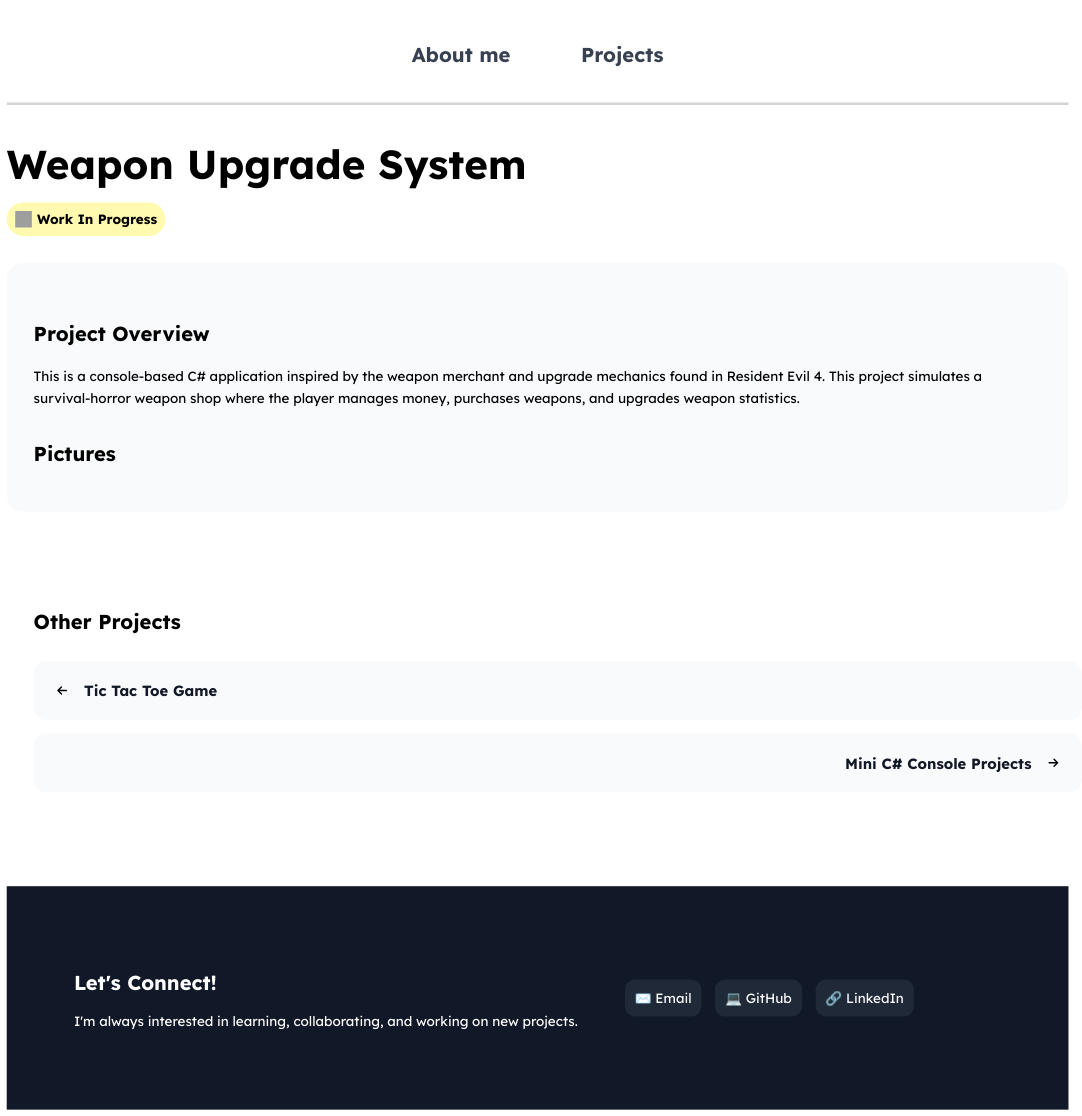
Repository: perrybalaba/perrybalaba
Page: pages/weapon-upgrade.html
The author's editor kept a copy of each file at every save. The page is drawn from the files as they stood at one save, then again after the next save.
The browser window is 1280 px wide. The page is 1288 px wide, so the pictures cover 1288 px, including what lies to the right of the window. The pictures show the whole page, at 84% of full size.
Pictures or frames that could not be fetched are drawn as grey boxes.

Above is the page before, as saved 2026-05-14 18:40:52.

### pages/weapon-upgrade.html
<!DOCTYPE html>
<html lang="en">
<head>
    <meta charset="UTF-8">
    <meta name="viewport" content="width=device-width, initial-scale=1.0">
    <title> Perry's Portfolio </title>
    <link rel="stylesheet" href="../styles/projects.css"/>
    <link rel="stylesheet" href="../styles/globals.css"/>
</head>
<body>
    <main>
        <!-- NAVIGATION BAR -->
        <nav class="Nav-Bar">
            <ul>
                <li><a href="../index.html"> About me </a></li>
                <li><a href="../pages/weapon-upgrade.html"> Projects </a></li>
            </ul>
        </nav>
        <!-- INFO -->
        <div class="Project-Info">
            <div class="Project-Info-Container">
                <h2> Weapon Upgrade System </h2>
                <div class="Project-Stats">
                    <span class="Work-In-Progress">
                        <img src="../assets/images/clock-svgrepo-com.svg" alt="in progress"/>
                        Work In Progress
                    </span>
                </div>
                <div class="Project-Info-Card">
                    <h3> Project Overview </h3>
                        <p>
                            This is a console-based C# application inspired by the weapon merchant and upgrade mechanics
                            found in Resident Evil 4. This project simulates a survival-horror weapon shop where the player
                            manages money, purchases weapons, and upgrades weapon statistics.
                        </p>
                    <h3> Pictures </h3>
                </div>
            </div>

        </div>

        <!-- MORE PROJECTS -->
        <div class="Other-Projects">
            <h2> Other Projects </h2>
            <div class="Other-Projects-Container">
                <div class="Other-Projects-Card Left-Card">
                    <a href="./tic-tac-toe.html">
                    <img src="../assets/images/arrow-sm-left-svgrepo-com.svg">
                    Tic Tac Toe Game
                    </a>
                </div>

                <div class="Other-Projects-Card Right-Card">
                    <a href="./console-projects.html">
                        Mini C# Console Projects
                        <img src="../assets/images/arrow-sm-right-svgrepo-com.svg">
                    </a>
                </div>
            </div>
        </div>


        <!-- CONTACT -->
        <div class="Contact">
            <div class="Contact-Container">
                <div class="Contact-Text">
                    <h2> Let's Connect! </h2>
                    <p>
                        I'm always interested in learning, collaborating, and working on new projects.
                    </p>
                </div>

                <div class="Contact-Links">
                    <a href="mailto:balabaperry@gmail.com"> ✉️ Email</a>
                    <a href="https://github.com/perrybalaba"> 💻 GitHub </a>
                    <a href="https://www.linkedin.com/in/ann-karen-balaba-46b839387/"> 🔗 LinkedIn</a>
                </div>
            </div>
        </div>

    </main>
</body>
</html>

### styles/projects.css
/* NAVIGATION BAR */
.Nav-Bar {
    padding: 1rem;
    border-bottom: 3px solid lightgray;
}

nav ul {
    list-style: none;
    display: flex;
    justify-content: center;
    flex-wrap: wrap;
    gap: 2rem;
    padding: 0;
}

nav ul li a {
    display: block;
    text-align: center;
    padding: .75rem 1rem;
    text-decoration: none;
    color: #374151;
    font-weight: bold;
    padding: 10px;
    border-radius: 10px;
    font-size: 1rem;
    transition: 0.2s;
}

nav ul li a:hover {
    transform: scale(1.08);
    background-color: #f3f4f6;
    color: black;
}

/* PROJECT */
.Other-Projects {
    max-width: 1100px;
    margin: 0;
    padding: 2rem;
}

.Project-Info-Container h2 {
    font-size: 3rem;
    margin-bottom: 1rem;
}

.Project-Stats {
    display: flex;
    gap: 1rem;
    flex-wrap: wrap;
    margin-bottom: 2rem;
}

.Work-In-Progress {
    display: flex;
    align-items: center;
    gap: 6px;
    background-color: #fffaaf;
    padding: 10px;
    border-radius: 1000px;
    font-weight: bold;
}

.Work-In-Progress img {
    width: 20px;
    height: 20px;
}

.Project-Info-Card {
    background-color: #f9fafb;
    padding: 2rem;
    border-radius: 20px;
    line-height: 1.7;
}

.Project-Info-Card h3 {
    font-size: 1.5rem;
    margin-bottom: 1rem;
    margin-top: 2rem;
}

/* OTHER PROJECTS */
.Other-Projects {
    margin-top: 4rem;
    max-width: 1200px;
    padding: 2rem;
}

.Other-Projects-Container {
    display: flex;
    flex-direction: column;
    gap: 1rem;
    margin-top: 2rem;
}

.Other-Projects h2 {
    margin-bottom: 2rem;
}

.Other-Projects-Card {
    background-color: #f9fafb;
    padding: 1.5rem;
    border-radius: 15px;
    width: 100%;
    transition: 0.2s ease;
}

.Other-Projects-Card:hover {
    transform: translateY(-5px);
    background-color: #f3f4f6;
}

.Other-Projects-Card a {
    text-decoration: none;
    color: #111827;
    font-weight: bold;
    font-size: 1.1rem;
    display:flex;
    align-items: center;
    gap: 1rem;
}

.Other-Projects-Card img {
    width: 20px;
    height: 20px;
    transition: transform 0.2s ease;
}

.Left-Card:hover img {
    transform: translateX(-5px);
}

.Left-Card a {
    justify-content: flex-start;
}

.Right-Card a {
    justify-content: flex-end;
}

.Right-Card:hover img {
    transform: translateX(5px);
}

/* CONTACT */
.Contact {
    background-color: #111827;
    color: white;
    padding: 5rem;
    margin-top: 5rem;
}

.Contact-Container {
    display: flex;
    justify-content: space-between;
    align-items: center;
    max-width: 1000px;
    margin: 0;
    flex-wrap: wrap;
    gap: 2rem;
}

.Contact-Links {
    display: flex;
    gap: 1rem;
    flex-wrap: wrap;
}

.Contact-Links a {
    text-decoration: none;
    background-color: #1F2937;
    color: white;
    padding: 12px;
    border-radius: 12px;
    transition: 0.2s ease;
}

.Contact-Links a:hover {
    background-color: #374151;
    transform: scale(1.03);
}

### styles/globals.css
/* FONTS */
@font-face {
    font-family: "NotoSans";
    src: url(../assets/fonts/Noto_Sans/NotoSans-VariableFont_wdth\,wght.ttf);
}

@font-face {
    font-family: "Lexend";
    src: url(../assets/fonts/Lexend_Deca\,Noto_Sans/Lexend_Deca/LexendDeca-VariableFont_wght.ttf);
}

.Home-Header {
    font-family: "NotoSans";
}

.Nav-Bar {
    font-family: "Lexend";
}

main {
    font-family: "Lexend";
}

/* TABLET DESIGN */
@media (min-width: 768px) {
    /* NAVIGATION BAR */
    nav ul li a {
        font-size: 1.3rem;
    }

    /* HEADER */
    .Home-Header {
        font-size: 2.2rem;
    }

    /* ABOUT ME */
    .Info {
        flex-direction: row;
        justify-content: center;
        align-items: center;
        gap: 2rem;
        padding: 2rem;
    }

    .Description {
        width: 60%;
        max-width: 600px;
    }

    .Info img {
        max-width: 300px;
        width: 40%;
    }

    /* SKILLS */
    .Skill-Card {
        width: 260px;
    }

    .Skill-Icons img {
        width: 50px;
        height: 50px;
    }
}

/* DESKTOP */
@media (min-width: 1024px) {

    /* NAVIGATION */
    nav ul {
        gap: 4rem;
    }

    nav ul li a {
        font-size: 1.5rem;
    }

    /* ABOUT ME */
    .Info {
        gap: 5rem;
        padding: 4rem;
        justify-content: center;
        flex-direction: row;
        align-items: center;
    }

    .Description {
        max-width: 650px;
        font-size: 1.2rem;
        display: flex;
        flex-direction: column;
        align-items: center;
        justify-content: center;
        gap: 1rem;
    }

    .Info img {
        max-width: 500px;
    }

    .Home-Header {
        font-size: 4rem;
    }

    /* SKILLS */
    .Skill-Container {
        gap: 3rem;
    }

    .Skill-Card {
        width: 280px;
    }

    .Skill-Icons img {
        width: 80px;
        height: 80px;
    }

    /* SKILLS */
    .Projects-Container {
        display: flex;
        flex-direction: column;
        align-items: center;
    }

    .Project-Card {
        width: 100%;
        max-width: 850px;
        margin: 0 auto;
    }
}

After the next save:
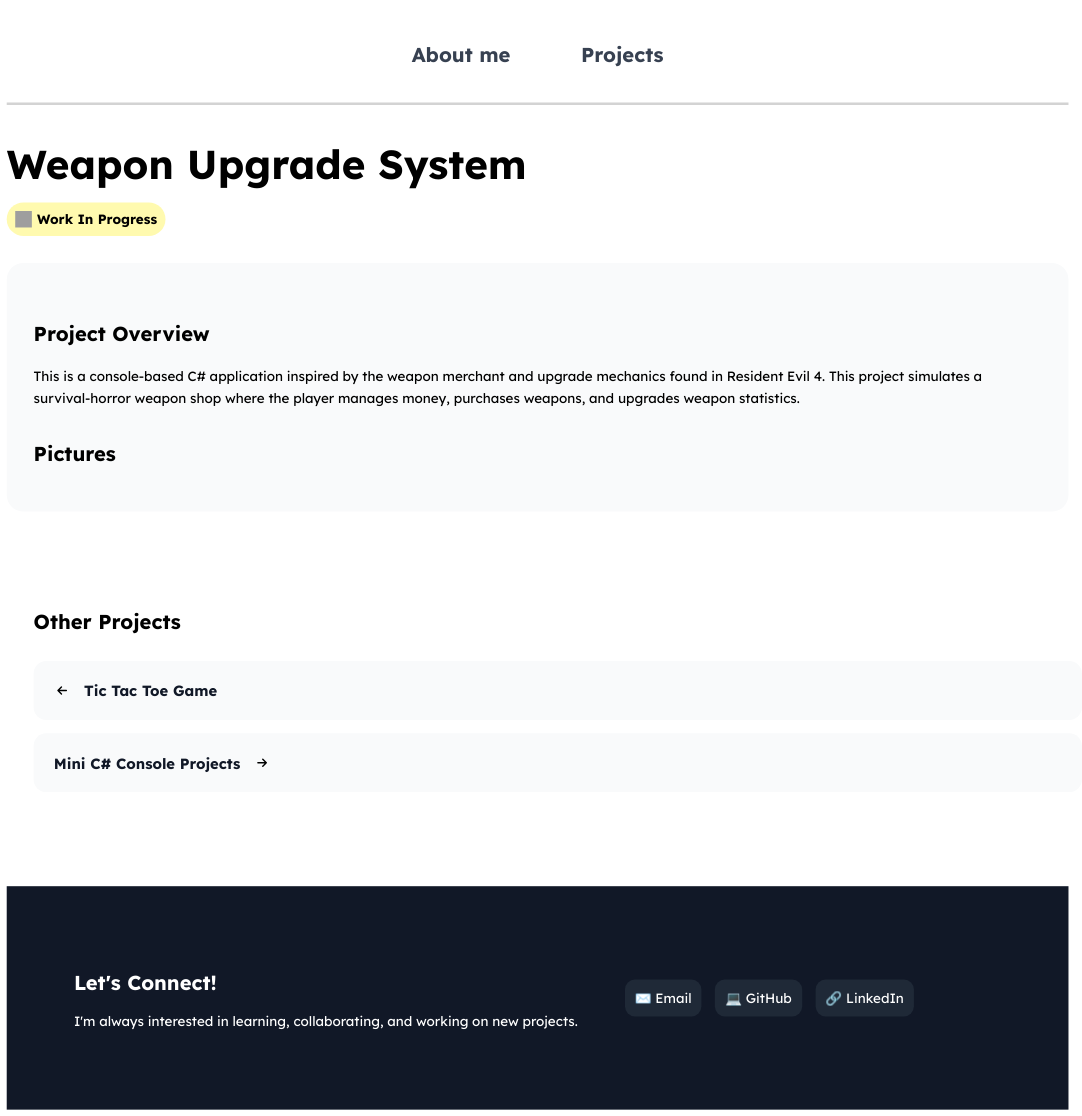
Saved 18 s later.
--- a/styles/projects.css
+++ b/styles/projects.css
@@ -130,14 +130,6 @@ nav ul li a:hover {
     transform: translateX(-5px);
 }
 
-.Left-Card a {
-    justify-content: flex-start;
-}
-
-.Right-Card a {
-    justify-content: flex-end;
-}
-
 .Right-Card:hover img {
     transform: translateX(5px);
 }
